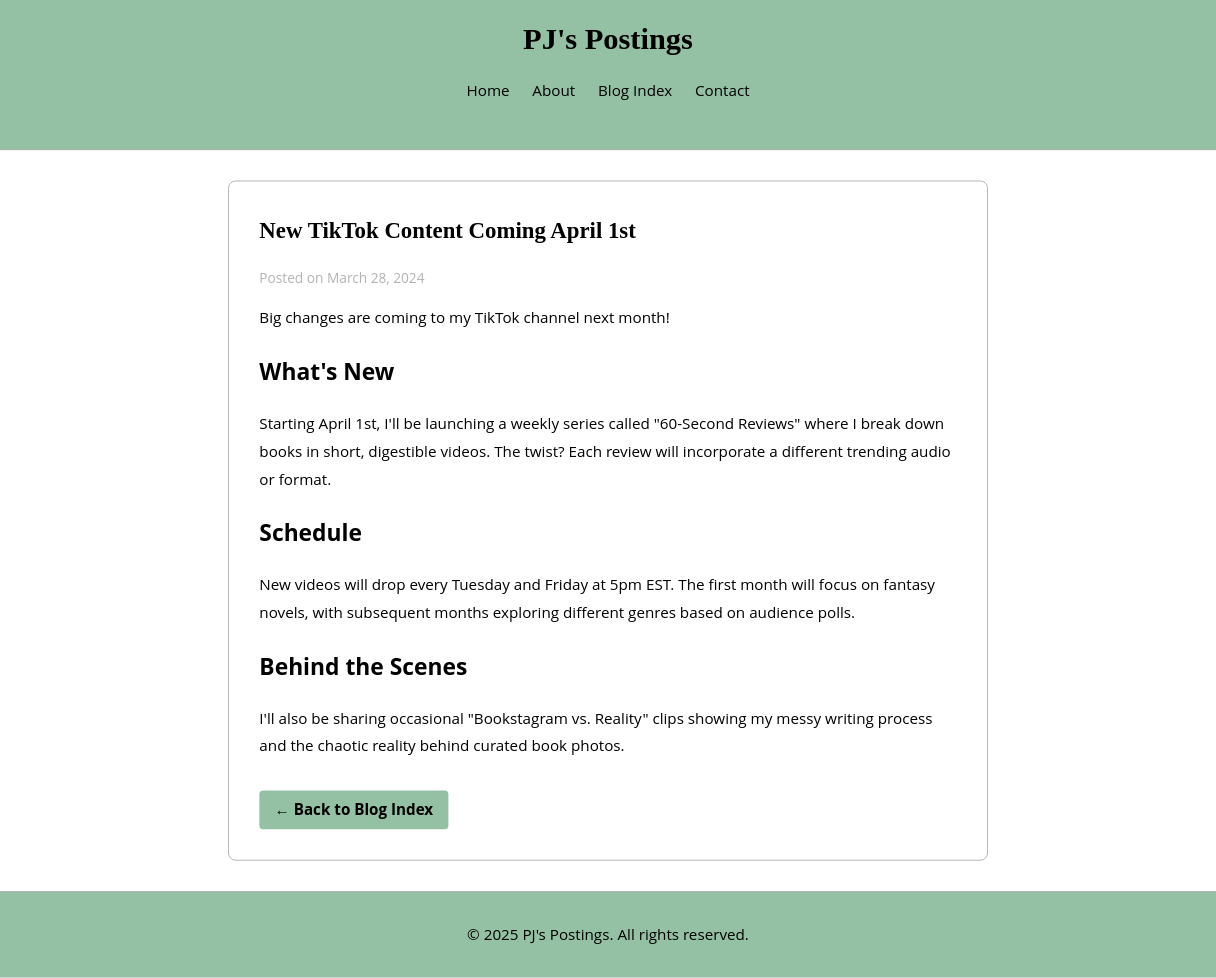
Repository: pjpatrick071/pjpatrick071.github.io
Page: posts/lotr-review.html
The author's editor kept a copy of each file at every save. The page is drawn from the files as they stood at one save, then again after a run of saves.
The browser window is 1280 px wide. The pictures show the whole page, at 95% of full size.

Above is the page before, as saved 2025-04-02 23:36:24.

After the next 2 saves:
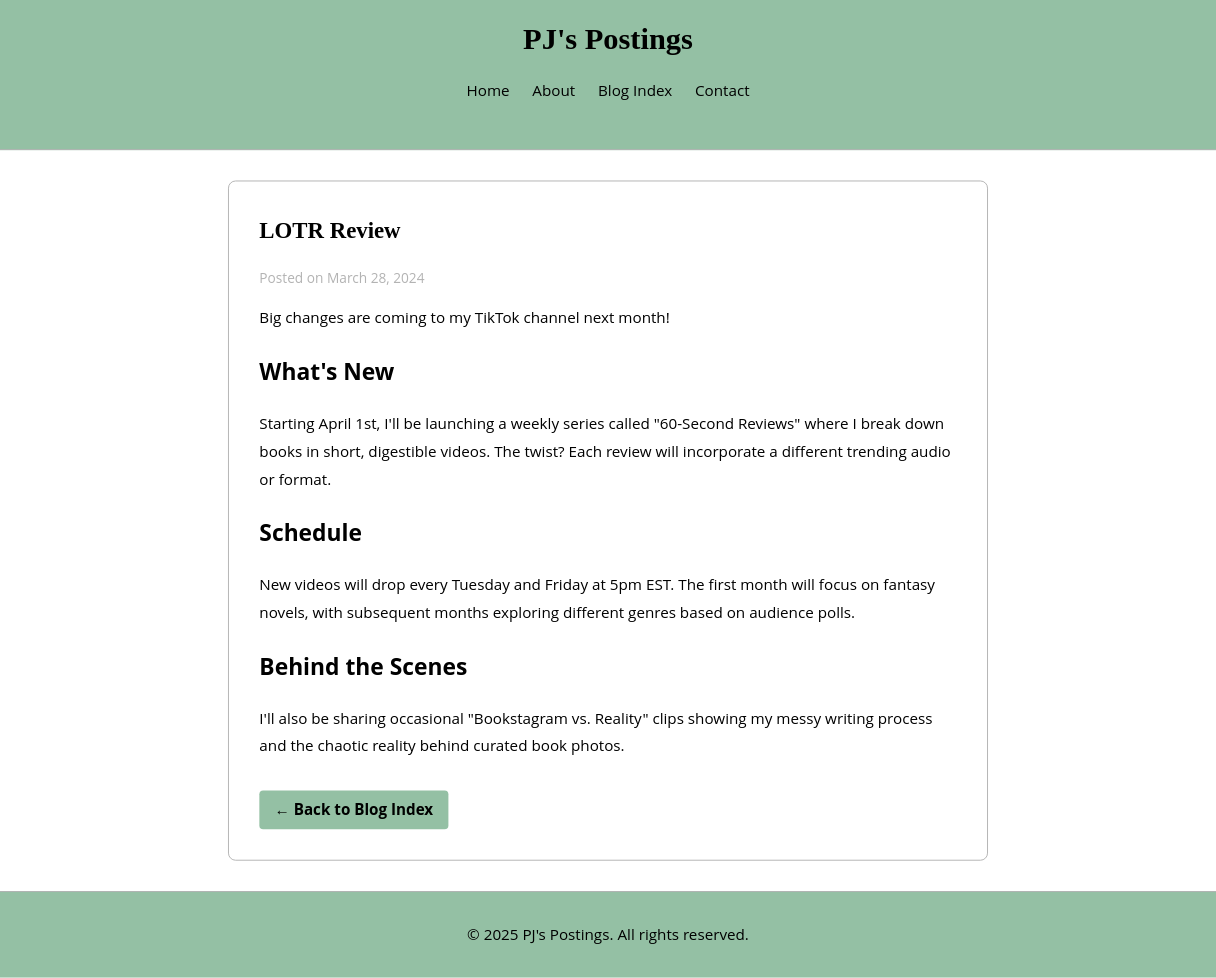
The 2 saves are shown as one change because they came seconds apart.
The last was saved 20 s later.
--- a/posts/lotr-review.html
+++ b/posts/lotr-review.html
@@ -137,7 +137,7 @@
 
     <div class="container">
         <article class="blog-post">
-            <h1 class="post-title">New TikTok Content Coming April 1st</h1>
+            <h1 class="post-title">LOTR Review</h1>
             <p class="post-meta">Posted on March 28, 2024</p>
 
             <div class="post-content">
